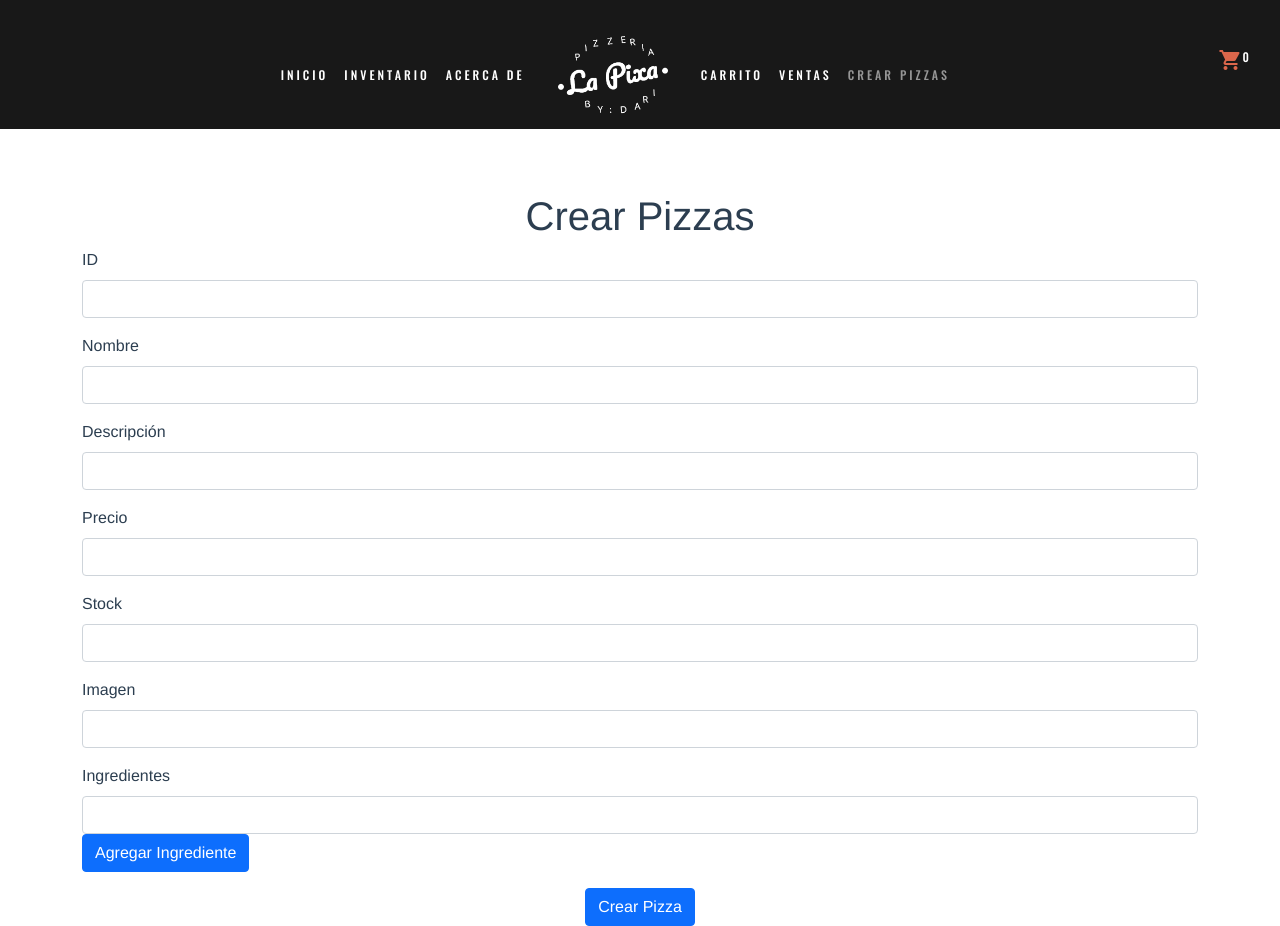
Repository: Darigo30/prueba-vue-dari-pizza
Page: /crearPizzas
An editor plug-in stored every save of this project. The page is shown before and after the next save, followed by the edit.
The browser window is 1280 px wide. The pictures show the whole page.
The project was rebuilt for these pictures with package versions that can differ from the ones it lists, and the page was loaded fresh each time. Also part of the build but not shown: src/views/Home.vue.

Above is the page before, as saved 2021-05-23 22:38:36.

After the next save:
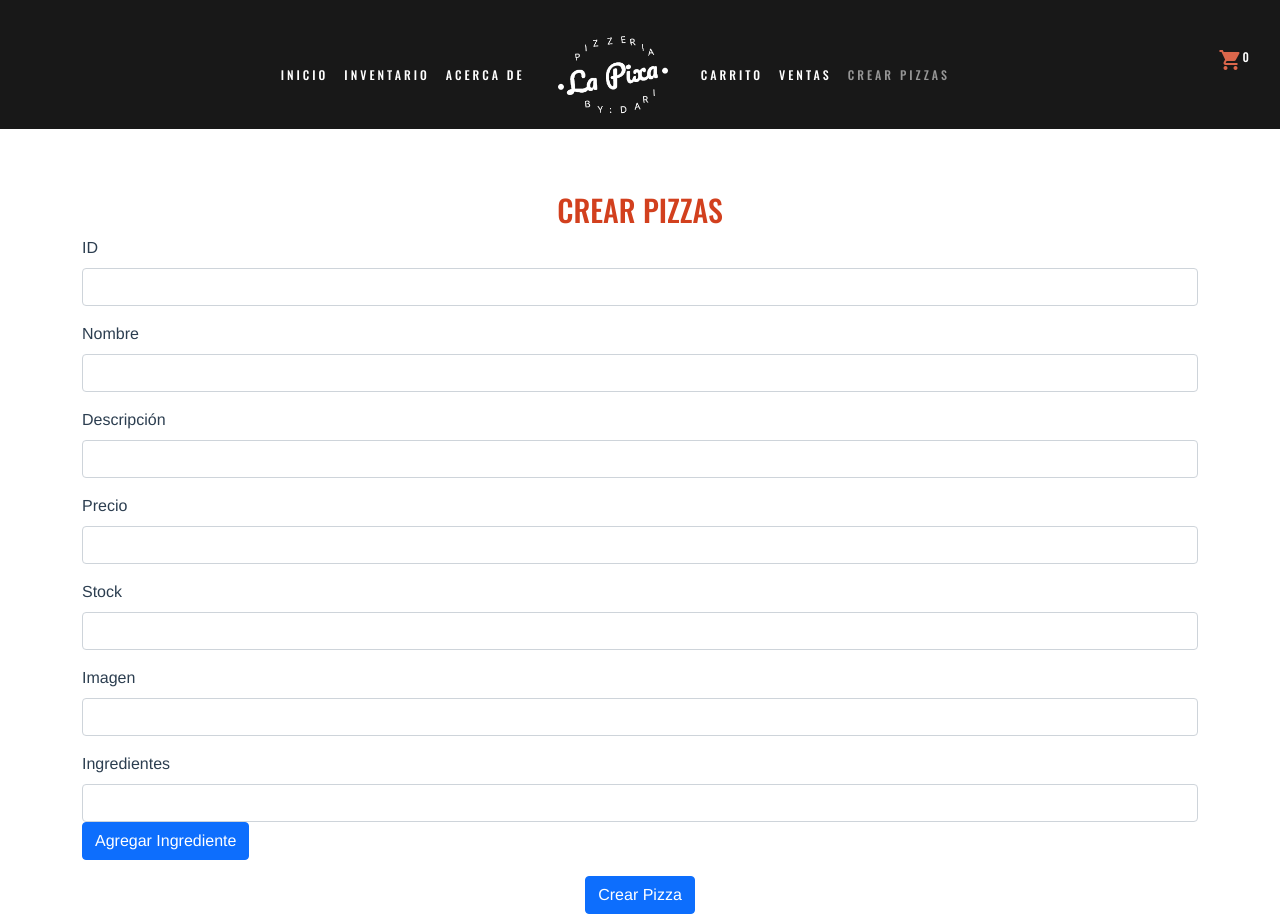
Saved 17 s later.
--- a/src/views/CrearPizzas.vue
+++ b/src/views/CrearPizzas.vue
@@ -80,6 +80,14 @@ export default {
 };
 </script>
 <style scoped>
+h1{
+    font-family: 'Oswald', sans-serif;
+    font-size: 30px;
+    text-transform: uppercase;
+    color: #303030;
+    font-weight: 500;
+    color: #d2401e;
+  }
     .padd-t{
         margin-top: 12rem ;
     }
